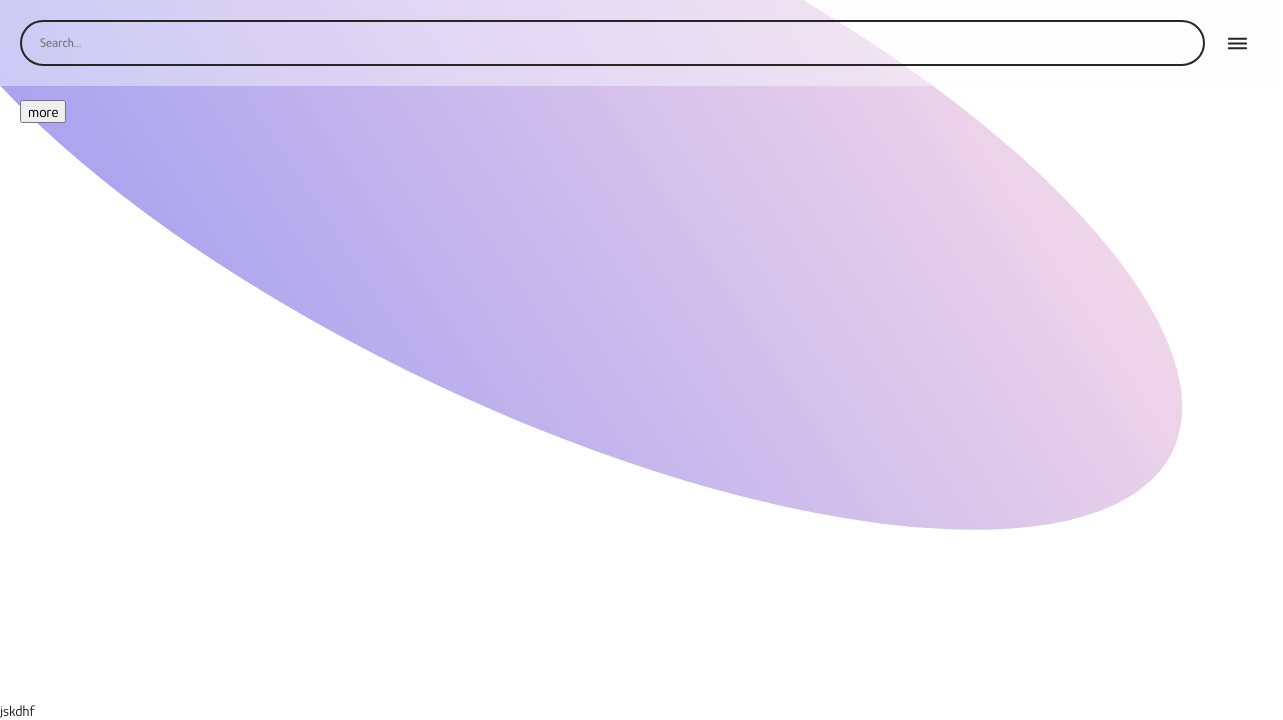
Repository: Axeliriya/my-test
Page: /
The author's editor kept a copy of each file at every save. The page is drawn from the files as they stood at one save, then again after the next save.
The browser window is 1280 px wide. The page is 1280 px wide, then 1283 px, so the pictures cover 1283 px, including what lies to the right of the window. The pictures show the whole page.
The page's requests for data from a server got no answer. The project was rebuilt for these pictures with package versions that can differ from the ones it lists, and the page was loaded fresh each time. No one was signed in, and anything a server would have sent is missing. Also part of the build but not shown: src/components/ProductList/ProductList.tsx, src/components/ProductItem/ProductItem.tsx.

Above is the page before, as saved 2022-04-05 15:49:32.

After the next save:
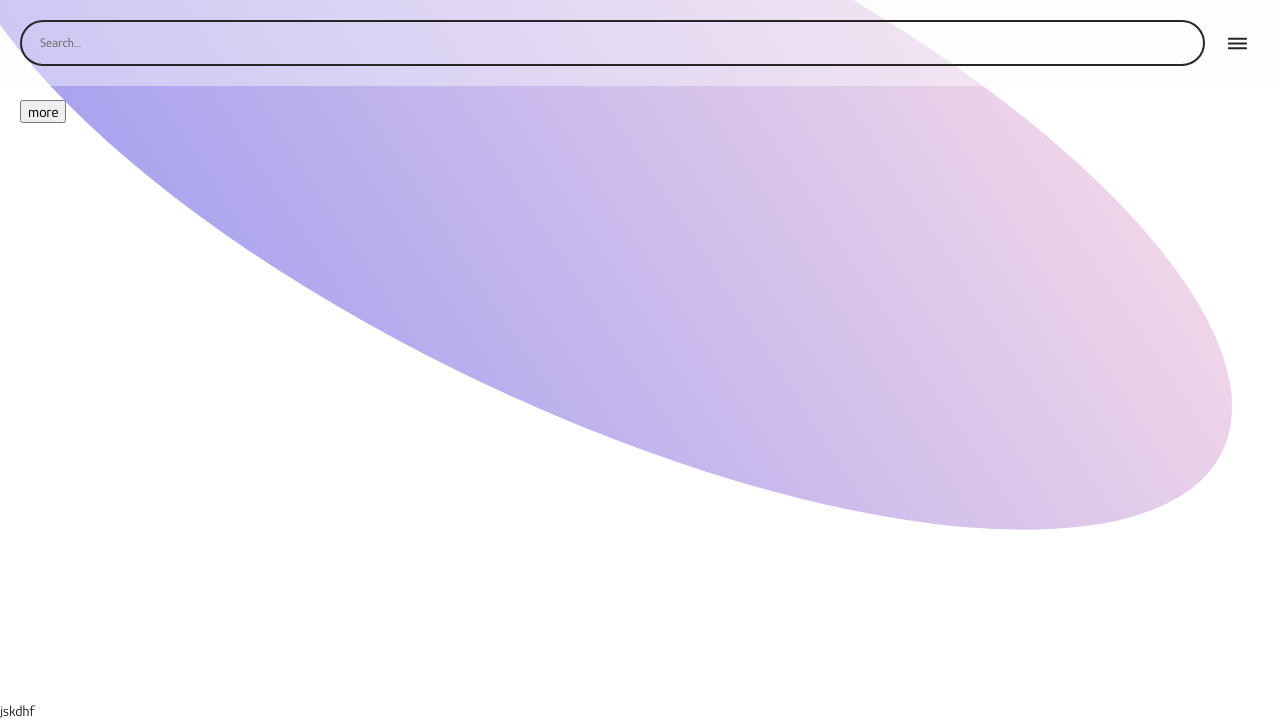
Saved 17 s later.
--- a/src/components/Main/Main.module.scss
+++ b/src/components/Main/Main.module.scss
@@ -8,7 +8,7 @@
 .bg {
   position: absolute;
   top: 0;
-  left: -100px;
+  left: -50px;
   z-index: -1;
   width: 100%;
   height: 300px;
